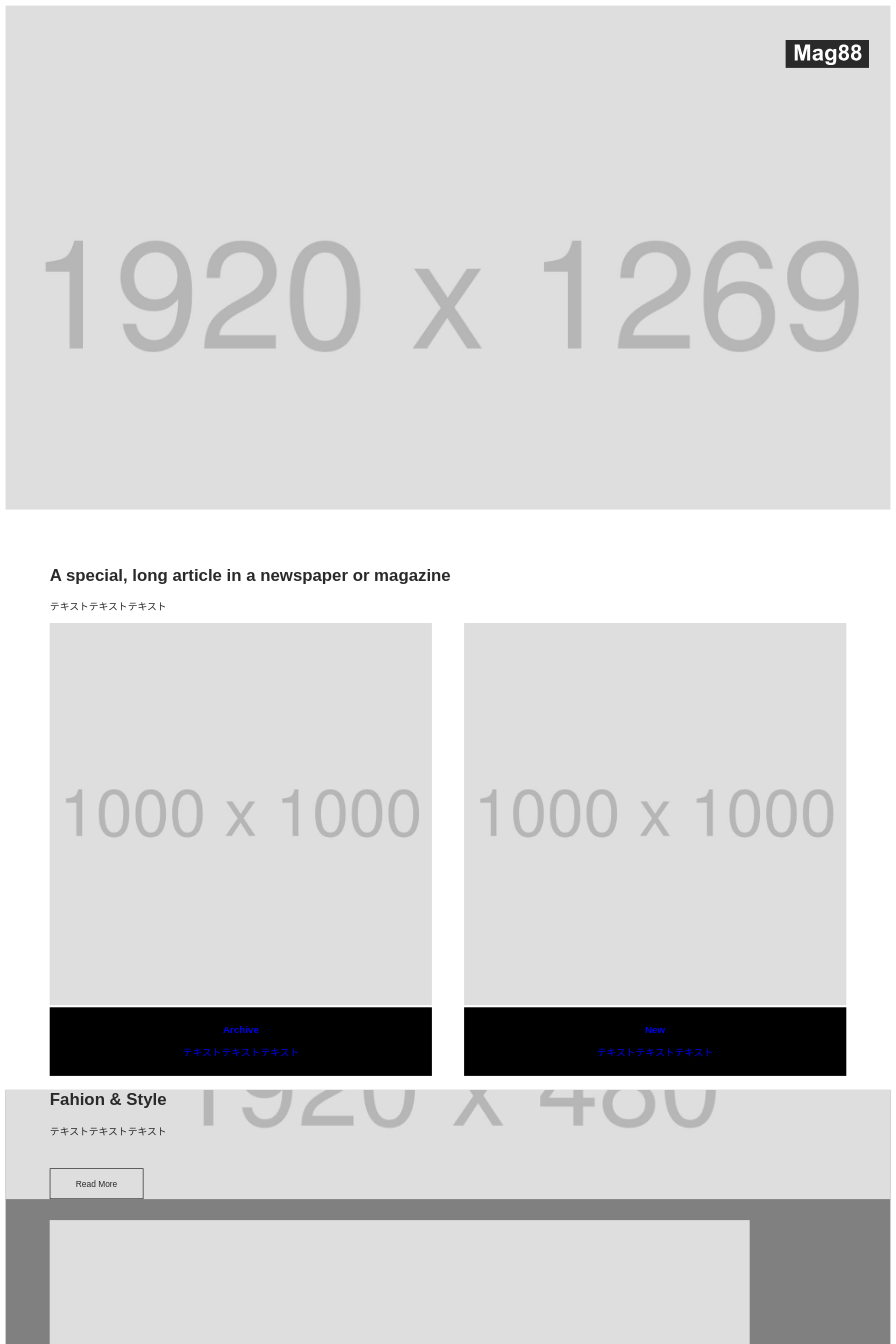
Repository: Fuki-san/bookstore
Page: http://localhost/book
These files come from the project's save history. The page is drawn as it stood at one moment and after the next save; the edit follows.
The browser window is 1280 px wide. The pictures show the part of the page from y = 0 to 1920 px (the page is 3920 px tall before and 3931 px after), at 70% of full size.
The page is served by the project's Laravel application, run on PHP 8.4 with Laravel 10.

Above is the page before, as saved 2023-11-21 13:47:10.

After the next save:
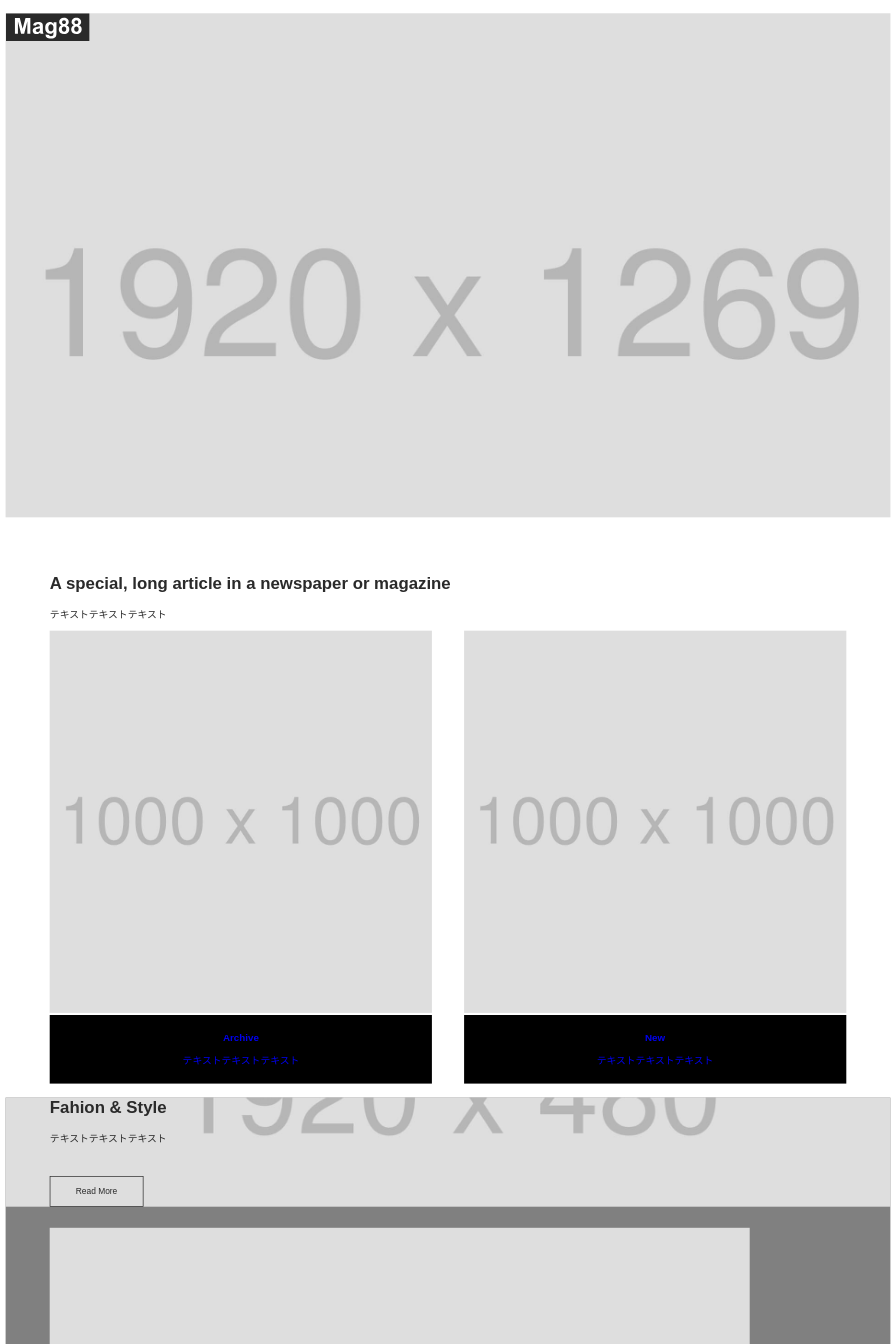
Saved 4 s later.
--- a/public/css/style.css
+++ b/public/css/style.css
@@ -57,11 +57,7 @@ li{
     justify-content: space-between;
     align-items: center;
 }
-#header .site-title{
-    position: absolute;
-    top: 30px;
-    right: 30px;
-}
+
 
 
 

After the save that followed:
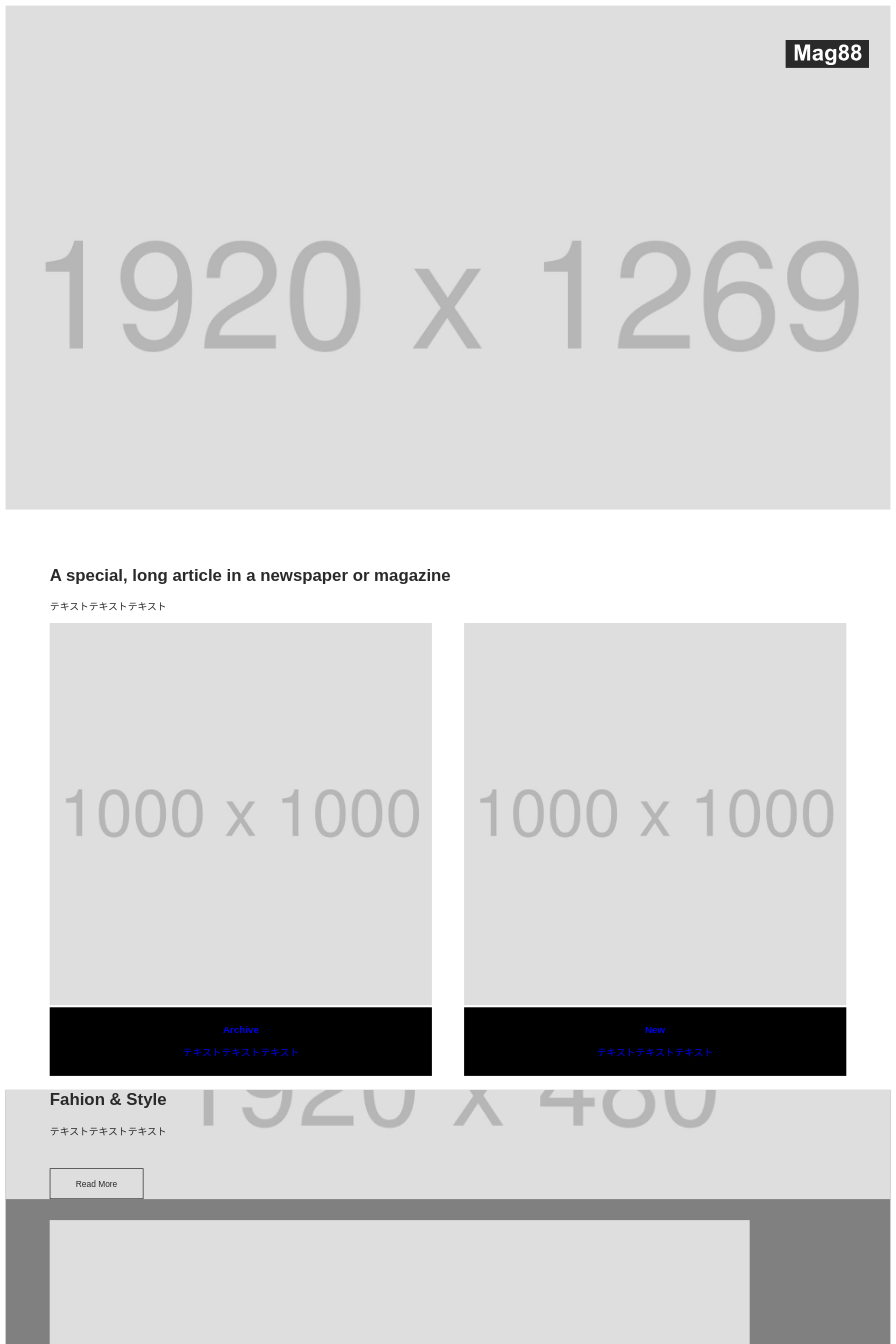
Saved 4 s later.
--- a/public/css/style.css
+++ b/public/css/style.css
@@ -51,6 +51,11 @@ li{
     margin-bottom: 80px;
     height: 100vh;
 }
+#header .site-title{
+    position: absolute;
+    top: 30px;
+    right: 30px;
+}
 
 .flex-item{
     display: flex;
